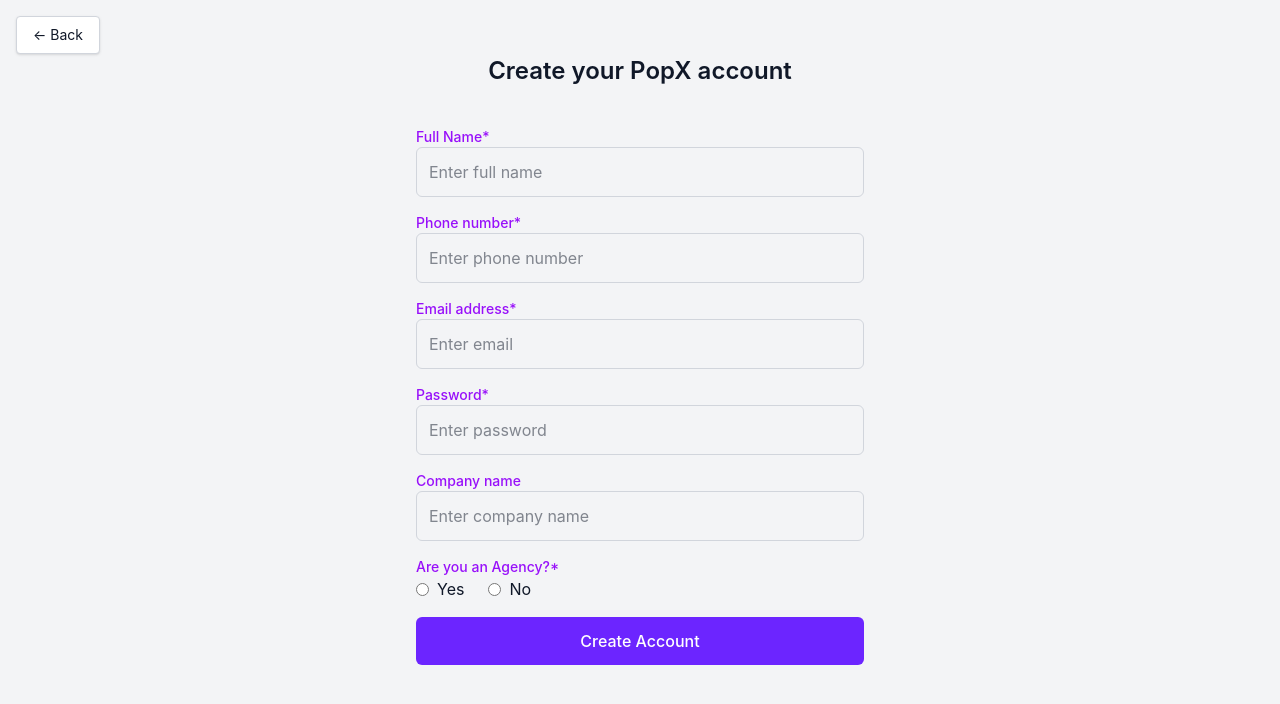
Repository: tanayburbure/inter
Page: /signup
An editor plug-in stored every save of this project. The page is shown before and after the next save, followed by the edit.
The browser window is 1280 px wide. The pictures show the whole page.
The project was rebuilt for these pictures with package versions that can differ from the ones it lists, and the page was loaded fresh each time. Also part of the build but not shown: vite.config.js, src/pages/Welcome.jsx, src/pages/Login.jsx, src/pages/Account.jsx.

Above is the page before, as saved 2025-06-17 22:44:51.

After the next save:
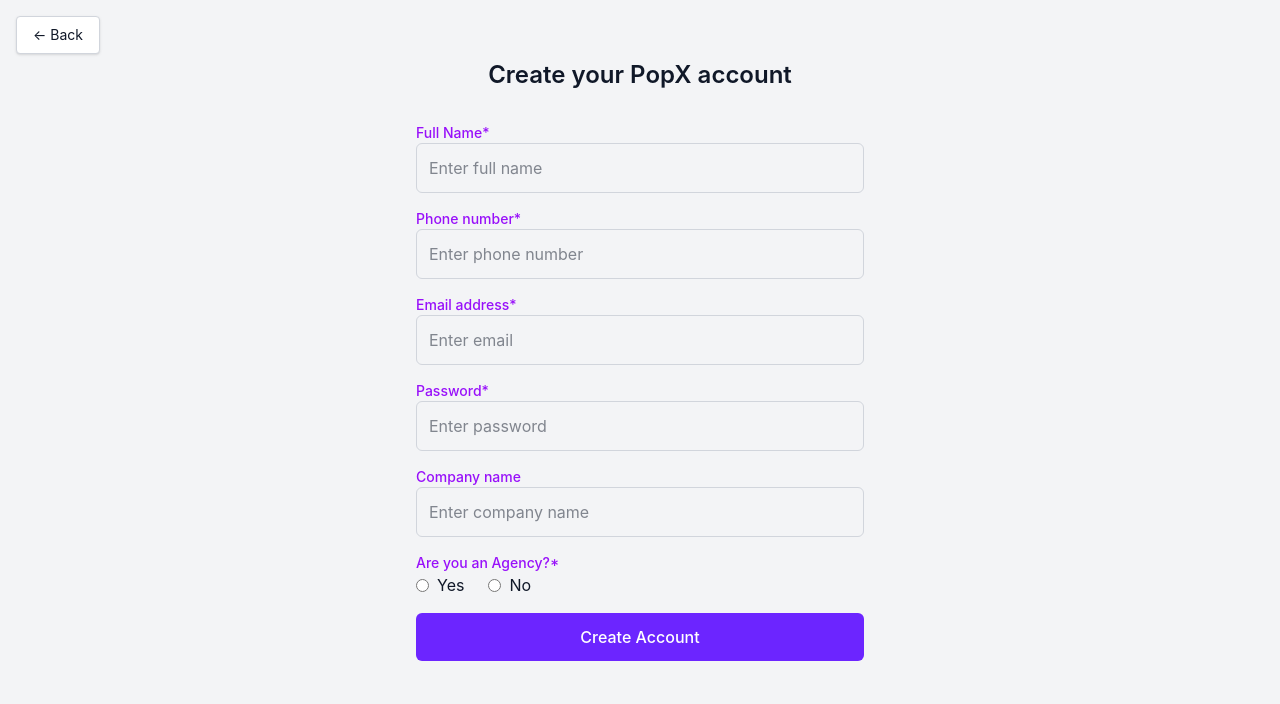
Saved 6 s later.
--- a/src/pages/Signup.jsx
+++ b/src/pages/Signup.jsx
@@ -24,7 +24,7 @@
 
   return (
     <div className="min-h-screen flex items-center justify-center px-4 py-12 sm:px-6 lg:px-8">
-      <div className="w-full max-w-md space-y-10">
+      <div className="w-full max-w-md space-y-8">
         <h2 className="text-center text-2xl font-semibold text-gray-900">
           Create your PopX account
         </h2>
